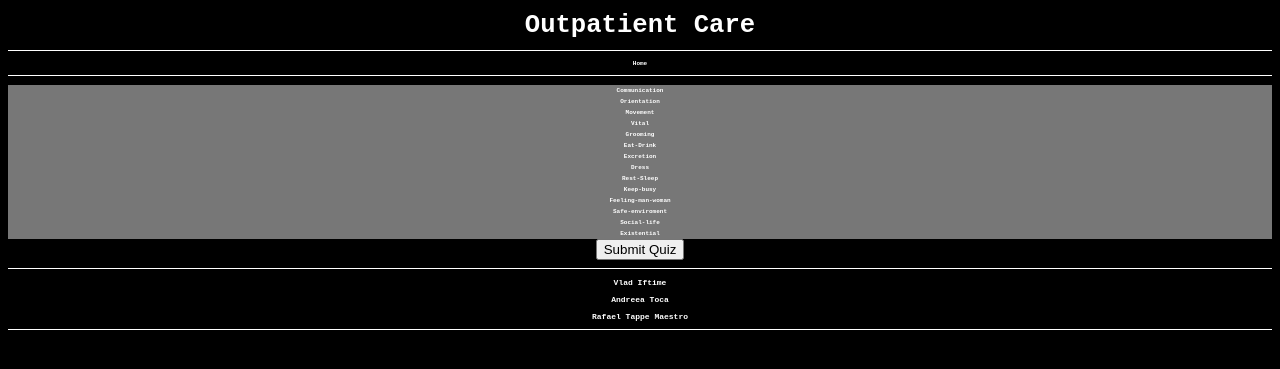
Repository: VladIftime/KnowledgeTechnology2019
Page: src/front/index.html
The author's editor kept a copy of each file at every save. The page is drawn from the files as they stood at one save, then again after the next save.
The browser window is 1280 px wide. The pictures show the whole page.

Above is the page before, as saved 2020-01-11 20:15:53.

After the next save:
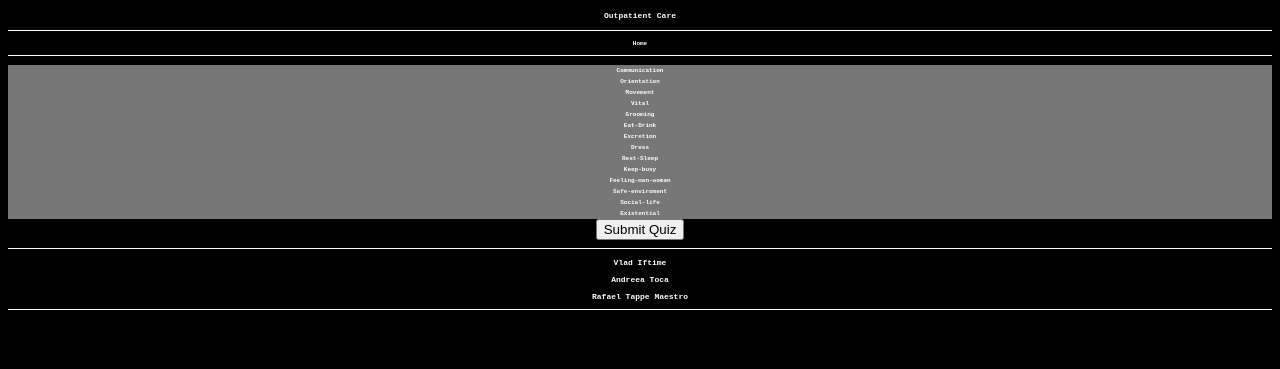
Saved 15 s later.
--- a/src/front/style.css
+++ b/src/front/style.css
@@ -9,7 +9,7 @@ html {
 
 @media screen and (min-width: 5cm) {
     .brokenLine {display: none;}
-    .oneLine {font-size: 2vw; display: block}
+    .oneLine {font-size: 50%; display: block}
 }
 
 body {
